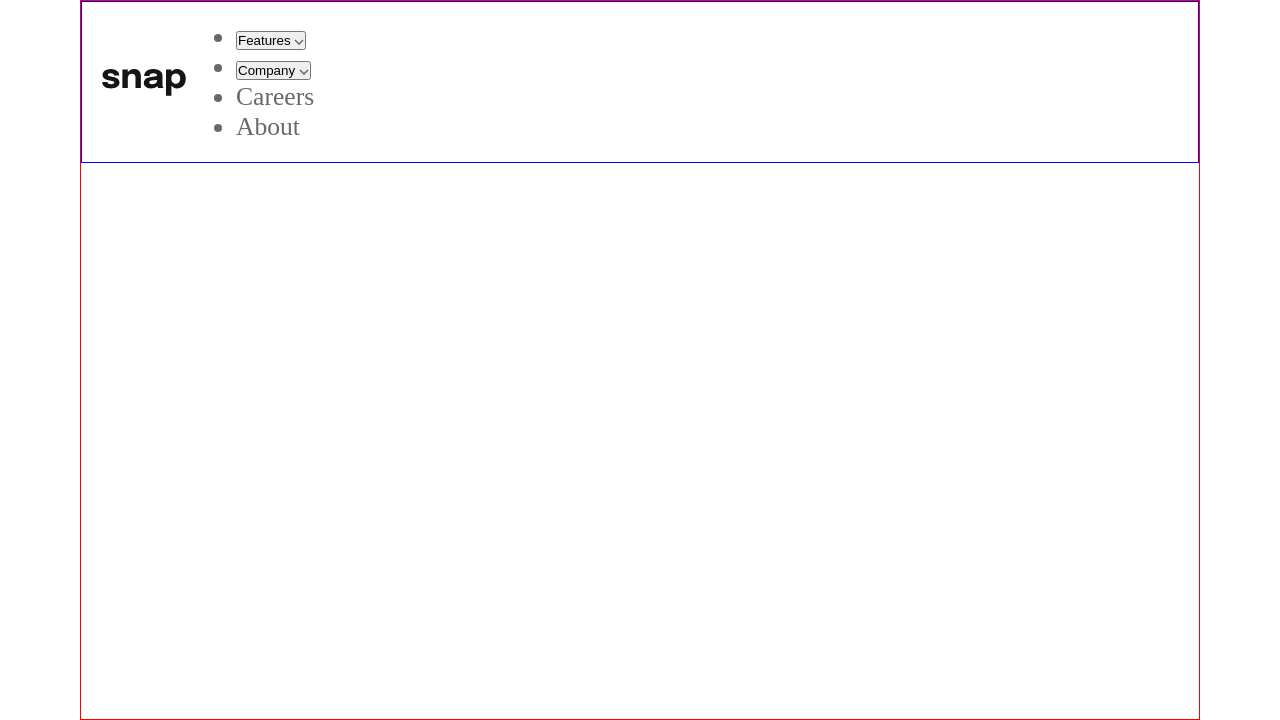
Repository: KamoliddinGIT/intro-section-with-dropdown
Page: index.html
An editor plug-in stored every save of this project. The page is shown before and after the next save, followed by the edit.
The browser window is 1280 px wide. The pictures show the whole page.

Above is the page before, as saved 2023-09-18 20:23:09.

### index.html
<!DOCTYPE html>
<html lang="en">
  <head>
    <meta charset="UTF-8" />
    <meta name="viewport" content="width=device-width, initial-scale=1.0" />
    <link
      rel="icon"
      type="image/png"
      sizes="32x32"
      href="./images/favicon-32x32.png"
    />
    <link rel="stylesheet" href="./css/style.css" />
    <title>Intro section with dropdown navigation</title>
  </head>
  <body>
    <div class="container">
      <div class="header">
        <img src="./images/logo.svg" alt="logo" class="logo" />
        <ul class="nav">
          <li>
            <button>
              Features <img src="./images/icon-arrow-down.svg" alt="" />
            </button>
            <ul class="toggle__1" style="display: none">
              <li>Todo List</li>
              <li>Calendar</li>
              <li>Reminders</li>
              <li>Planning</li>
            </ul>
          </li>
          <li>
            <button>
              Company <img src="./images/icon-arrow-down.svg" alt="" />
            </button>
            <ul class="toggle__2" style="display: none">
              <li>Todo List</li>
              <li>Calendar</li>
              <li>Reminders</li>
              <li>Planning</li>
            </ul>
          </li>
          <li>Careers</li>
          <li>About</li>
        </ul>
      </div>
    </div>
  </body>
</html>

### css/style.css
* {
  margin: 0;
  padding: 0;
  box-sizing: border-box;
}

body {
  width: 100%;
  height: 100vh;
  display: flex;
  justify-content: center;
  align-items: center;
  padding: 0 80px;
}

.container {
  display: flex;
  flex-direction: column;
  align-items: center;
  width: 100%;
  height: 100%;
  gap: 30px;
  border: 1px solid red;
}

.header {
  width: 100%;
  padding: 20px;
  display: flex;
  align-items: center;
  gap: 50px;
  font-size: 1.6rem;
  color: #696969;
  border: 1px solid blue;
}

After the next save:
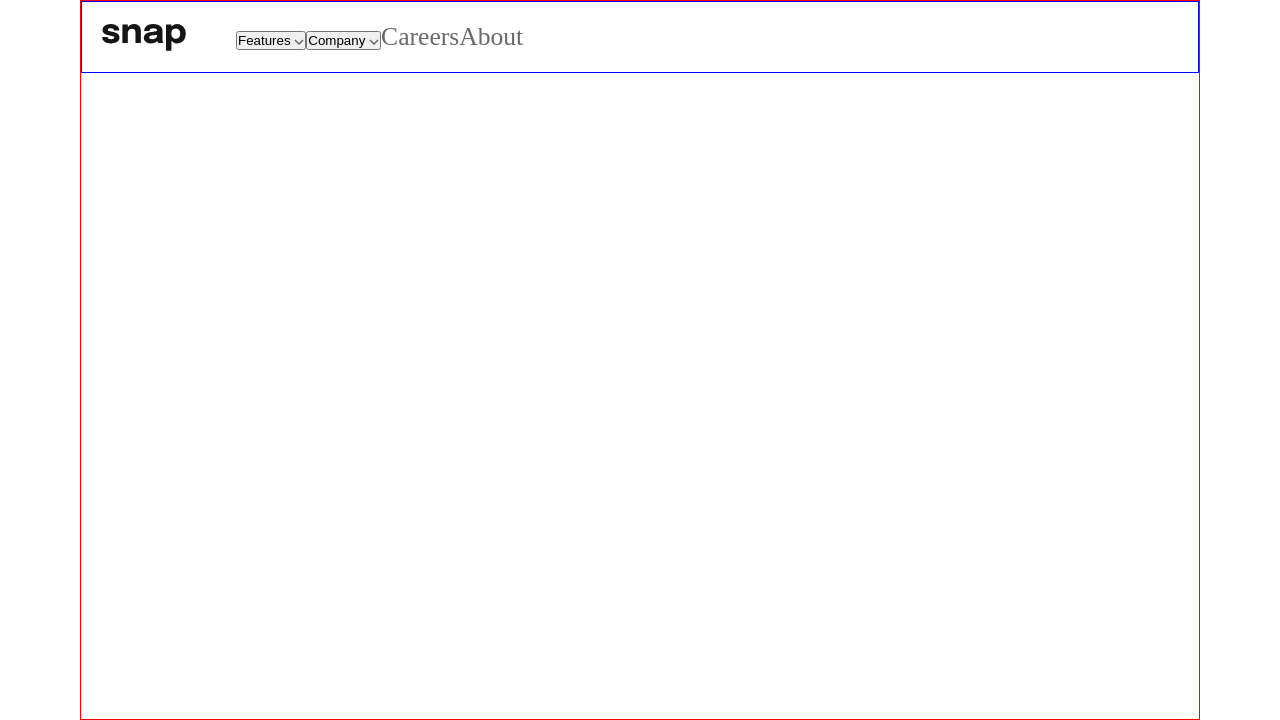
Saved 12 s later.
--- a/css/style.css
+++ b/css/style.css
@@ -33,3 +33,8 @@
   color: #696969;
   border: 1px solid blue;
 }
+
+.nav {
+  display: flex;
+  list-style-type: none;
+}
